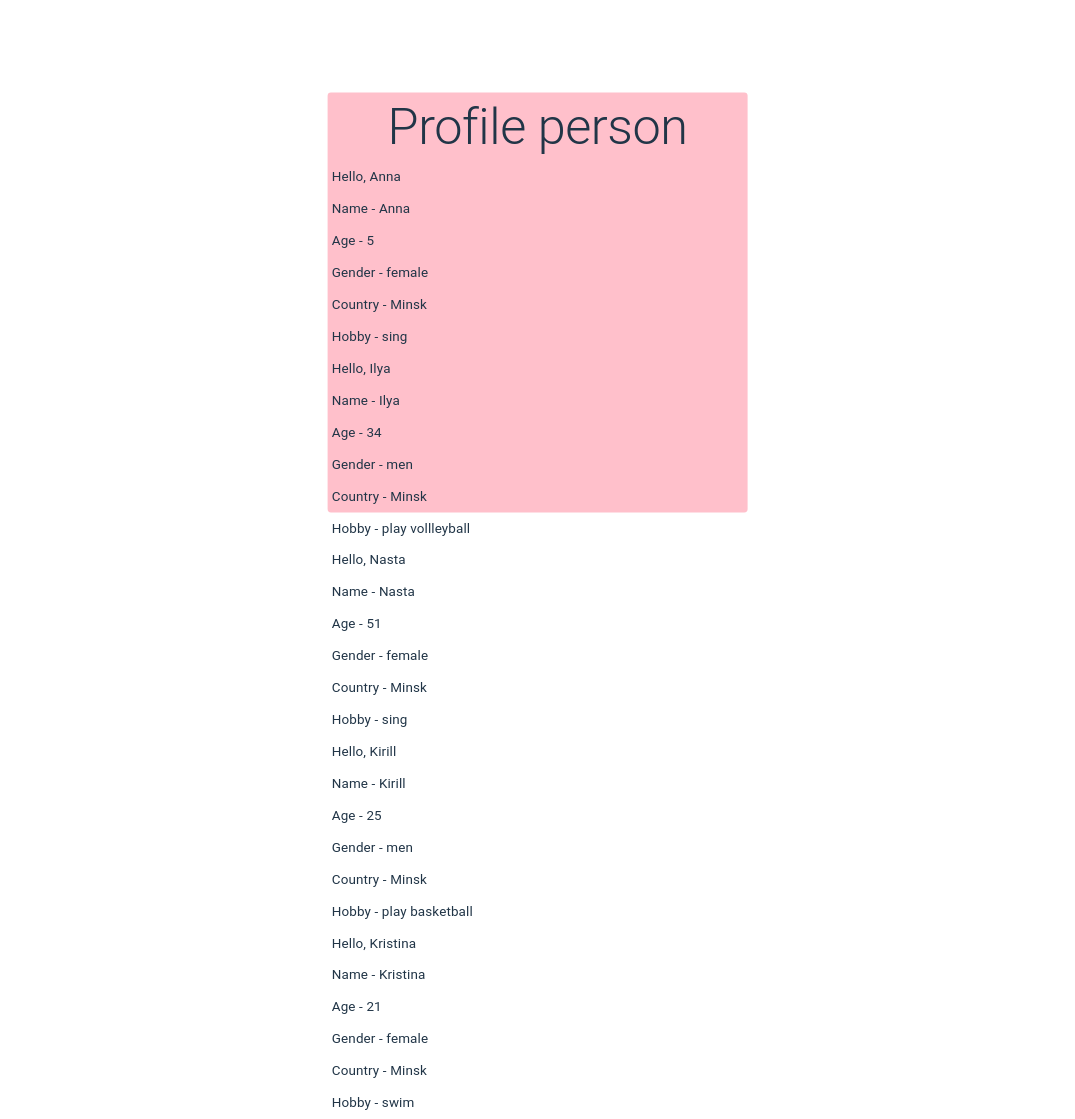
Repository: savannaaaas/props
Page: /
These files come from the project's save history. The page is drawn as it stood at one moment and after the next save; the edit follows.
The browser window is 1280 px wide. The pictures show the whole page, at 84% of full size.
The project was rebuilt for these pictures with package versions that can differ from the ones it lists, and the page was loaded fresh each time. Also part of the build but not shown: vite.config.js.

Above is the page before, as saved 2025-07-08 00:13:46.

### src/App.jsx
import "./App.css";
import Box from "@mui/material/Box";
import Typography from "@mui/material/Typography";
import { Person1 } from "./components/Person1";
import { Person2 } from "./components/Person2";
import { Person3 } from "./components/Person3";
import { Person4 } from "./components/Person4";
import { Person5 } from "./components/Person5";
import Grid from "@mui/material/Grid";
/**1. Создать 6 любых компонент.
2. В компоненты передать props следующих типов данных:
number
string
boolean
object
function
array
3. Использовать в компонентах каждый prop.
4. Сделать деструктуризацию props. */
function App() {
  const obj = { country: "Minsk" };
  const sayHello = (name) => ` Hello, ${name}`;
  const hobbies = ["swim", "sing", "play vollleyball", "play basketball"];
  return (
    <Box
      sx={{
        width: 500,
        height: 500,
        borderRadius: 1,
        bgcolor: "pink",
      }}
    >
      <Typography variant="h2" align="center" style={{ padding: "5px" }}>
        Profile person
      </Typography>
      <Grid container direction="column">
        <Grid>
          <Person1
            name={"Anna"}
            age={5}
            men={false}
            obj={obj}
            sayHello={sayHello}
            hobbies={hobbies}
          />
          <Person2
            name={"Ilya"}
            age={34}
            men={true}
            obj={obj}
            sayHello={sayHello}
            hobbies={hobbies}
          />
        </Grid>

        <Person3
          name={"Nasta"}
          age={51}
          men={false}
          obj={obj}
          sayHello={sayHello}
          hobbies={hobbies}
        />
        <Person4
          name={"Kirill"}
          age={25}
          men={true}
          obj={obj}
          sayHello={sayHello}
          hobbies={hobbies}
        />
        <Person5
          name={"Kristina"}
          age={21}
          men={false}
          obj={obj}
          sayHello={sayHello}
          hobbies={hobbies}
        />
      </Grid>
    </Box>
  );
}

export default App;

### src/components/Person1.jsx
import Typography from "@mui/material/Typography";
export const Person1 = ({ name, age, men, obj, sayHello, hobbies }) => {
  return (
    <>
      <Typography variant="subtitle1" align="left" style={{ padding: "5px" }}>
        {sayHello(name)}
      </Typography>
      <Typography variant="subtitle1" align="left" style={{ padding: "5px" }}>
        Name - {name}
      </Typography>
      <Typography variant="subtitle1" align="left" style={{ padding: "5px" }}>
        Age - {age}
      </Typography>
      <Typography variant="subtitle1" align="left" style={{ padding: "5px" }}>
        Gender - {men ? "men" : "female"}
      </Typography>
      <Typography variant="subtitle1" align="left" style={{ padding: "5px" }}>
        Country - {obj.country}
      </Typography>
      <Typography variant="subtitle1" align="left" style={{ padding: "5px" }}>
        Hobby - {hobbies[1]}
      </Typography>
    </>
  );
};

### src/components/Person2.jsx
import Typography from "@mui/material/Typography";
export const Person2 = ({ name, age, men, obj, sayHello, hobbies }) => {
  return (
    <>
      <Typography variant="subtitle1" align="left" style={{ padding: "5px" }}>
        {sayHello(name)}
      </Typography>
      <Typography variant="subtitle1" align="left" style={{ padding: "5px" }}>
        Name - {name}
      </Typography>
      <Typography variant="subtitle1" align="left" style={{ padding: "5px" }}>
        Age - {age}
      </Typography>
      <Typography variant="subtitle1" align="left" style={{ padding: "5px" }}>
        Gender - {men ? "men" : "female"}
      </Typography>
      <Typography variant="subtitle1" align="left" style={{ padding: "5px" }}>
        Country - {obj.country}
      </Typography>
      <Typography variant="subtitle1" align="left" style={{ padding: "5px" }}>
        Hobby - {hobbies[2]}
      </Typography>
    </>
  );
};

### src/components/Person3.jsx
import Typography from "@mui/material/Typography";
export const Person3 = ({ name, age, men, obj, sayHello, hobbies }) => {
  return (
    <>
      <Typography variant="subtitle1" align="left" style={{ padding: "5px" }}>
        {sayHello(name)}
      </Typography>
      <Typography variant="subtitle1" align="left" style={{ padding: "5px" }}>
        Name - {name}
      </Typography>
      <Typography variant="subtitle1" align="left" style={{ padding: "5px" }}>
        Age - {age}
      </Typography>
      <Typography variant="subtitle1" align="left" style={{ padding: "5px" }}>
        Gender - {men ? "men" : "female"}
      </Typography>
      <Typography variant="subtitle1" align="left" style={{ padding: "5px" }}>
        Country - {obj.country}
      </Typography>
      <Typography variant="subtitle1" align="left" style={{ padding: "5px" }}>
        Hobby - {hobbies[1]}
      </Typography>
    </>
  );
};

### src/components/Person4.jsx
import Typography from "@mui/material/Typography";
export const Person4 = ({ name, age, men, obj, sayHello, hobbies }) => {
  return (
    <>
      <Typography variant="subtitle1" align="left" style={{ padding: "5px" }}>
        {sayHello(name)}
      </Typography>
      <Typography variant="subtitle1" align="left" style={{ padding: "5px" }}>
        Name - {name}
      </Typography>
      <Typography variant="subtitle1" align="left" style={{ padding: "5px" }}>
        Age - {age}
      </Typography>
      <Typography variant="subtitle1" align="left" style={{ padding: "5px" }}>
        Gender - {men ? "men" : "female"}
      </Typography>
      <Typography variant="subtitle1" align="left" style={{ padding: "5px" }}>
        Country - {obj.country}
      </Typography>
      <Typography variant="subtitle1" align="left" style={{ padding: "5px" }}>
        Hobby - {hobbies[3]}
      </Typography>
    </>
  );
};

### src/components/Person5.jsx
import Typography from "@mui/material/Typography";
export const Person5 = ({ name, age, men, obj, sayHello, hobbies }) => {
  return (
    <>
      <Typography variant="subtitle1" align="left" style={{ padding: "5px" }}>
        {sayHello(name)}
      </Typography>
      <Typography variant="subtitle1" align="left" style={{ padding: "5px" }}>
        Name - {name}
      </Typography>
      <Typography variant="subtitle1" align="left" style={{ padding: "5px" }}>
        Age - {age}
      </Typography>
      <Typography variant="subtitle1" align="left" style={{ padding: "5px" }}>
        Gender - {men ? "men" : "female"}
      </Typography>
      <Typography variant="subtitle1" align="left" style={{ padding: "5px" }}>
        Country - {obj.country}
      </Typography>
      <Typography variant="subtitle1" align="left" style={{ padding: "5px" }}>
        Hobby - {hobbies[0]}
      </Typography>
    </>
  );
};

Loaded but not shown: index.html (common file); src/main.jsx (common file); src/index.css (common file); src/App.css (common file)

After the next save:
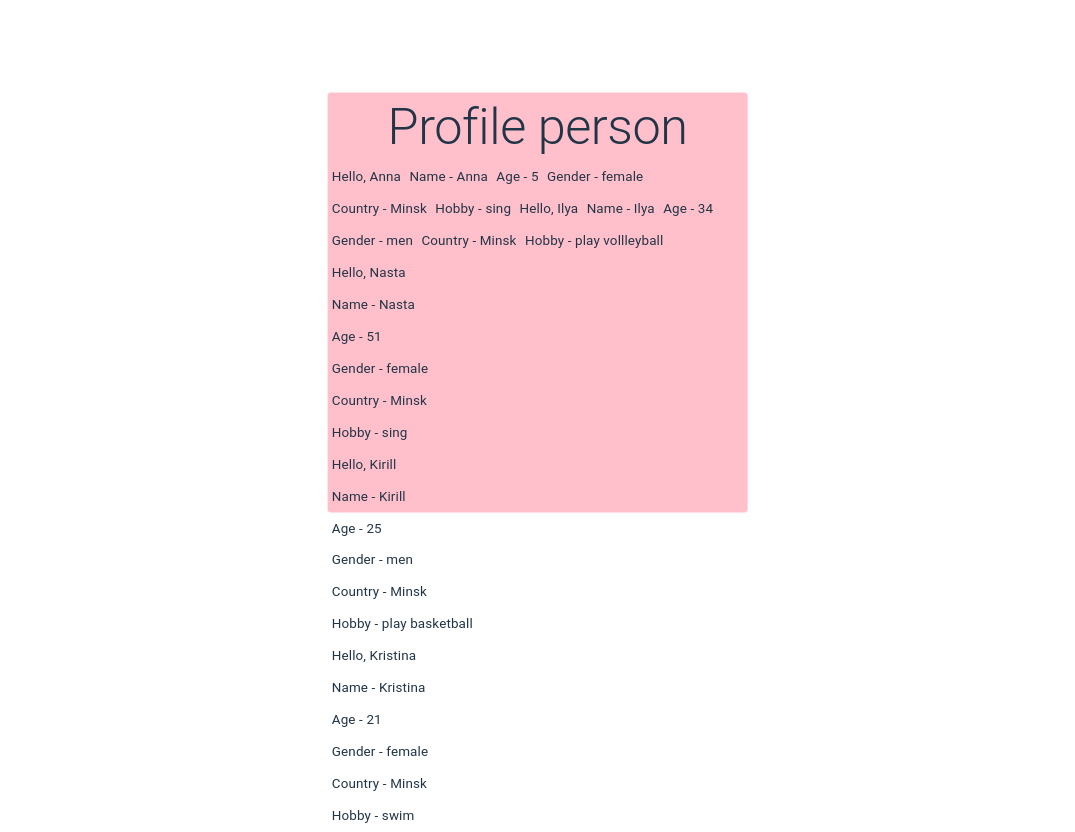
Saved 16 s later.
--- a/src/App.jsx
+++ b/src/App.jsx
@@ -34,7 +34,7 @@ function App() {
         Profile person
       </Typography>
       <Grid container direction="column">
-        <Grid>
+        <Grid container direction="row">
           <Person1
             name={"Anna"}
             age={5}
